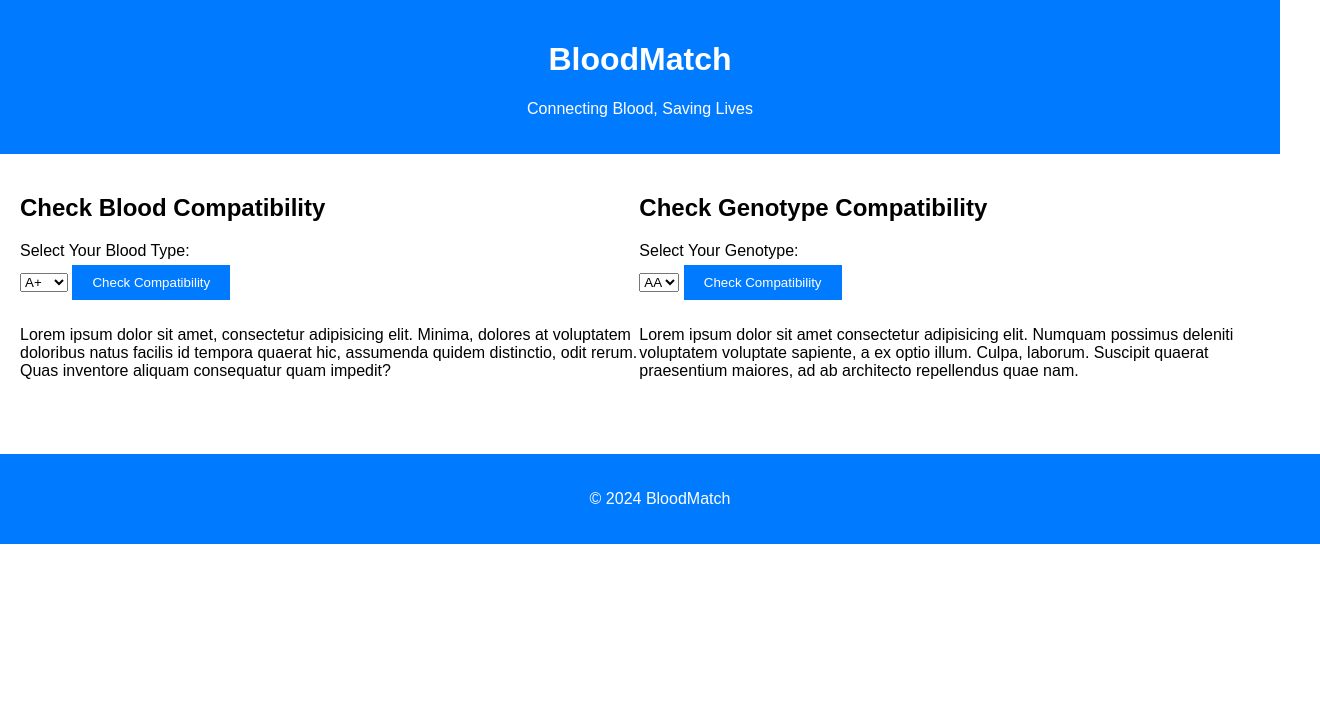
Repository: JuliusMonday/BloodMatch
Page: index.html
An editor plug-in stored every save of this project. The page is shown before and after a run of saves, followed by the edit.
The browser window is 1280 px wide. The page is 1320 px wide, then 1280 px, so the pictures cover 1320 px, including what lies to the right of the window. The pictures show the whole page.

Above is the page before, as saved 2024-05-02 16:22:14.

### index.html
<!DOCTYPE html>
<html lang="en">
<head>
  <meta charset="UTF-8">
  <meta name="viewport" content="width=device-width, initial-scale=1.0">
  <title>BloodMatch</title>
  <link rel="stylesheet" href="style.css">
</head>
<body>
  <header>
    <h1>BloodMatch</h1>
    <p>Connecting Blood, Saving Lives</p>
  </header>
  <main>
    <section id="bloodType">
      <h1>Check Blood Compatibility</h1>
      <label for="selectBloodType">Select Your Blood Type:</label>
      <select id="selectBloodType">
        <option value="A+">A+</option>
        <option value="A-">A-</option>
        <option value="B+">B+</option>
        <option value="B-">B-</option>
        <option value="AB+">AB+</option>
        <option value="AB-">AB-</option>
        <option value="O+">O+</option>
        <option value="O+">O+</option>
      </select>
      <button onclick="checkBloodCompatibility()">Check Compatibility</button>
      <p id="compatibilityResult">Lorem ipsum dolor sit amet, consectetur adipisicing elit. Minima, dolores at voluptatem doloribus natus facilis id tempora quaerat hic, assumenda quidem distinctio, odit rerum. Quas inventore aliquam consequatur quam impedit?</p>
    </section>
    <section id="genotype">
      <h1>Check Genotype Compatibility</h1>
      <label for="selectGenotype">Select Your Genotype:</label>
      <select id="selectGenotype">
        <option value="AA">AA</option>
        <option value="AS">AS</option>
        <option value="SS">SS</option>
      </select>
      <button onclick="checkGenotypeCompatibility()">Check Compatibility</button>
      <p id="genotypeResult">Lorem ipsum dolor sit amet consectetur adipisicing elit. Numquam possimus deleniti voluptatem voluptate sapiente, a ex optio illum. Culpa, laborum. Suscipit quaerat praesentium maiores, ad ab architecto repellendus quae nam.</p>
    </section>
  </main>
  <br>
  <footer>
    <p>&copy; 2024 BloodMatch</p>
  </footer>
  <script src="script.js"></script>
</body>
</html>

### style.css
body {
    font-family: Arial, sans-serif;
    margin: 0;
    padding: 0;
  }

  header, footer {
    background-color: #007bff;
    color: #ffffff;
    text-align: center;
    padding: 20px;
  }

  main {
    padding: 20px;
    display: flex;

  }

  section {
    margin-bottom: 20px;
  }

  label {
    display: block;
    margin-bottom: 5px;
  }

  select, button {
    margin-bottom: 10px;
  }

  button {
    background-color: #007bff;
    color: #ffffff;
    border: none;
    padding: 10px 20px;
    cursor: pointer;
  }

  button:hover {
    background-color: #0056b3;
  }

  footer {
    bottom: 0;
    width: 100%;
      }
@media (min-width: 768px){
    footer {
        position
        bottom: 0;
        }
}

@media (max-width: 767px){
    main {
        padding: 20px;
        flex-direction: column;
          }
}

### script.js
const checkBloodCompatibility = () =>{
    let selectedBloodType = document.getElementById("selectBloodType").value;
    let compatibilityResult = document.getElementById("compatibilityResult");
    let compatibleBloodTypes = "";

    // Logic to determine compatible blood types
    switch(selectedBloodType) {
      case "A+":
        compatibleBloodTypes = "sample";
        break;
      case "A-":
        compatibleBloodTypes = "SAMPLE";
        break;
      case "B+":
        compatibleBloodTypes = "SAMPLE";
        break;
      case "B-":
        compatibleBloodTypes = "SAMPLE";
        break;
      case "AB+":
        compatibleBloodTypes = "SAMPLE";
        break;
      case "AB-":
        compatibleBloodTypes = "sample";
        break;
      case "O+":
        compatibleBloodTypes = "SAMPLE";
        break;
      case "O-":
        compatibleBloodTypes = "sample";
        break;
    }

    compatibilityResult.textContent = "Compatible blood types: " + compatibleBloodTypes;
  }

  const checkGenotypeCompatibility = () => {
    let selectedGenotype = document.getElementById("selectGenotype").value;
    let genotypeResult = document.getElementById("genotypeResult");
    let compatibleGenotypes = "";

    // Logic to determine compatible genotypes
    switch(selectedGenotype) {
      case "AA":
        compatibleGenotypes = "AA";
        break;
      case "AS":
        compatibleGenotypes = "AA, AS";
        break;
      case "SS":
        compatibleGenotypes = "SS";
        break;
      case "SC":
        compatibleGenotypes = "SC"
    }

    genotypeResult.textContent = `<h1>Compatible genotypes: " + compatibleGenotypes</h1>"`;
  }

After the next 3 saves:
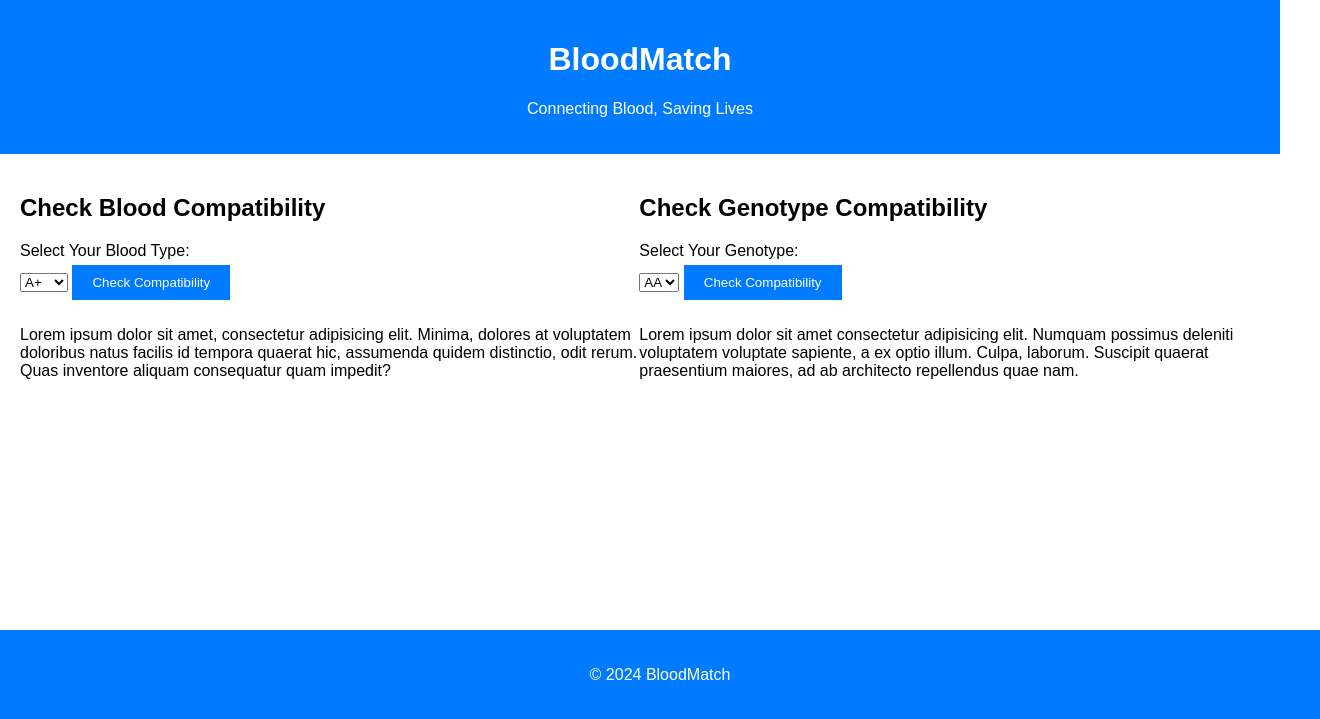
The 3 saves are shown as one change because they came seconds apart.
The last was saved 9 s later.
--- a/style.css
+++ b/style.css
@@ -48,7 +48,7 @@ body {
       }
 @media (min-width: 768px){
     footer {
-        position
+        position:fixed;
         bottom: 0;
         }
 }
